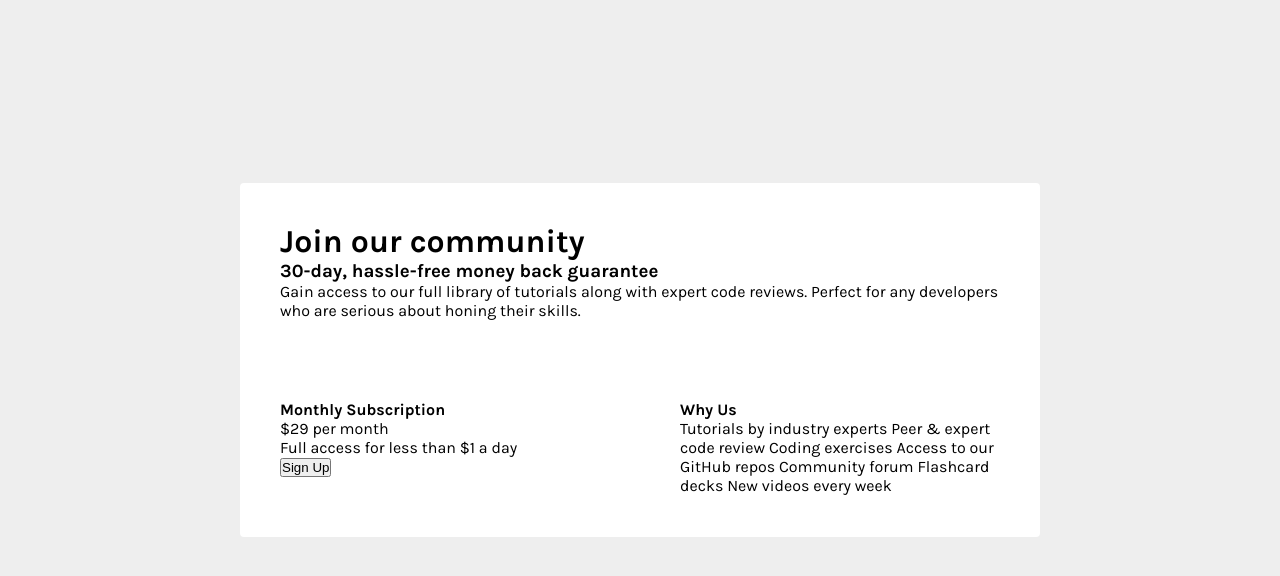
Repository: Akashiii1/WebSingleGrid_Day3
Page: index.html
The author's editor kept a copy of each file at every save. The page is drawn from the files as they stood at one save, then again after the next save.
The browser window is 1280 px wide. The pictures show the whole page.

Above is the page before, as saved 2021-12-22 01:01:26.

### index.html
<!DOCTYPE html>
<html lang="en">
  <head>
    <meta charset="UTF-8" />
    <meta name="viewport" content="width=device-width, initial-scale=1.0" />
    <!-- displays site properly based on user's device -->

    <link
      rel="icon"
      type="image/png"
      sizes="32x32"
      href="./images/favicon-32x32.png"
    />

    <title>Frontend Mentor | Single Price Grid Component</title>

    <!-- Feel free to remove these styles or customise in your own stylesheet 👍 -->
    <link rel="stylesheet" href="style.css" />
    <style>
      .attribution {
        font-size: 11px;
        text-align: center;
      }
      .attribution a {
        color: hsl(228, 45%, 44%);
      }
    </style>
  </head>
  <body>
    <!-- Join our community

  30-day, hassle-free money back guarantee

  Gain access to our full library of tutorials along with expert code reviews.
  Perfect for any developers who are serious about honing their skills.

  Monthly Subscription

  &dollar;29 per month

  Full access for less than &dollar;1 a day

  Sign Up

  Why Us

  Tutorials by industry experts
  Peer &amp; expert code review
  Coding exercises
  Access to our GitHub repos
  Community forum
  Flashcard decks
  New videos every week -->
    <div class="wrapper">
      <div class="container">
        <div class="box item1">
          <h1>Join our community</h1>
          <h3>30-day, hassle-free money back guarantee</h3>
          <p>
            Gain access to our full library of tutorials along with expert code
            reviews. Perfect for any developers who are serious about honing
            their skills.
          </p>
        </div>
        <div class="box item2">
          <h4>Monthly Subscription</h4>
          <span>&dollar;29 per month</span>
          <p>Full access for less than &dollar;1 a day</p>
          <button class="btn">Sign Up</button>
        </div>
        <div class="box item3">
          <h4>Why Us</h4>
          <p>
            Tutorials by industry experts Peer &amp; expert code review Coding
            exercises Access to our GitHub repos Community forum Flashcard decks
            New videos every week
          </p>
        </div>
      </div>
    </div>
    <!-- <footer>
    <p class="attribution">
      Challenge by <a href="https://www.frontendmentor.io?ref=challenge" target="_blank">Frontend Mentor</a>.
      Coded by <a href="#">Your Name Here</a>.
    </p>
  </footer> -->
  </body>
</html>

### style.css

@import url('https://fonts.googleapis.com/css2?family=Karla:wght@400;700&display=swap');
:root{
  --Cyan: hsl(179, 62%, 43%);
 --BrightYellow: hsl(71, 73%, 54%);
 --LightGray: hsl(204, 43%, 93%);
 --GrayishBlue: hsl(218, 22%, 67%);
}
html {
box-sizing: border-box;
}
*{
margin: 0;
padding: 0;
}
*,*:before,*:after {
box-sizing: border-box;
}
input,
textarea,
select,
button{
outline: none;
}
input{
line-height: normal;
}
label,
button{
cursor: pointer;
}
a {
text-decoration: none;
}
img {
display: block;
max-width: 100%;
}
body{
  font-family: 'Karla', sans-serif;
  display: flex;
  justify-content: center;
  align-items: center;
  min-height: 100vh;
  background-color: #eee;
}
.wrapper{
  max-width: 800px;
  background-color: #fff;
  border-radius: 4px;
  overflow: hidden;
}
.container{
  display: grid;
  grid-template-columns:1fr 1fr;
  grid-template-rows: 1fr 1fr;
  grid-template-areas:"it1 it1"
                      "it2 it3";
}
.item1{
  grid-area: it1;
}
.item2{
  grid-area: it2;

}
.item3{
  grid-area: it3;
}
.box{
  padding: 40px;
}

After the next save:
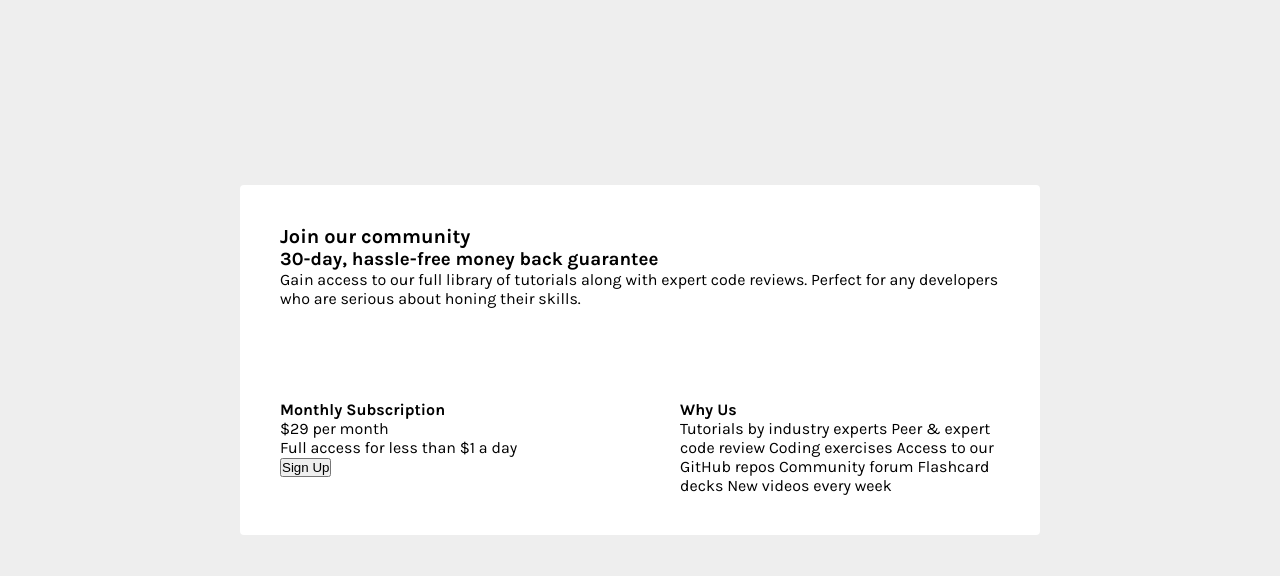
Saved 47 s later.
--- a/style.css
+++ b/style.css
@@ -70,3 +70,6 @@ body{
 .box{
   padding: 40px;
 }
+.item1 h1{
+  font-size: 20px;
+}

After the 3 saves that followed:
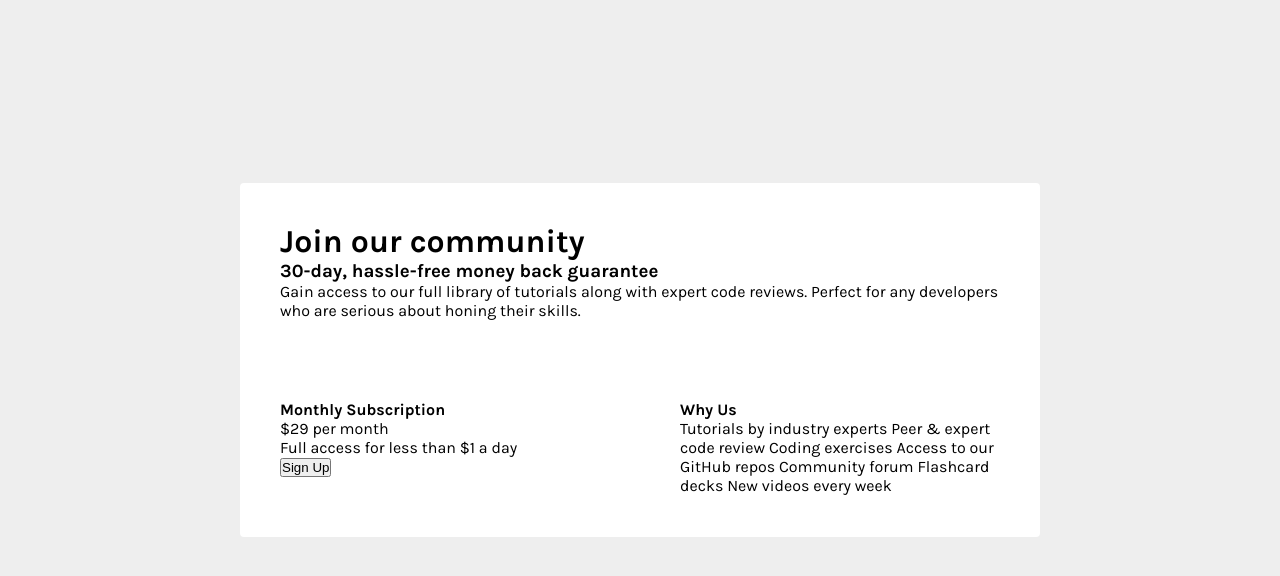
The 3 saves are shown as one change because they came seconds apart.
The last was saved 8 s later.
--- a/style.css
+++ b/style.css
@@ -71,5 +71,5 @@ body{
   padding: 40px;
 }
 .item1 h1{
-  font-size: 20px;
+  font-size: 32px;
 }
